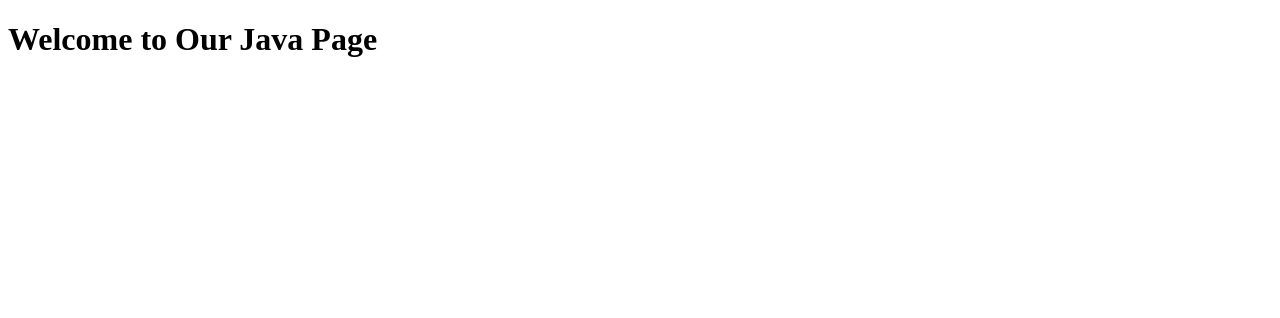
Repository: abhishekkumar013/Java-Code
Page: Login-Register/src/main/webapp/index.html
These files come from the project's save history. The page is drawn as it stood at one moment and after the next save; the edit follows.
The browser window is 1280 px wide. The pictures show the whole page.

Above is the page before, as saved 2024-07-05 01:41:15.

After the next save:
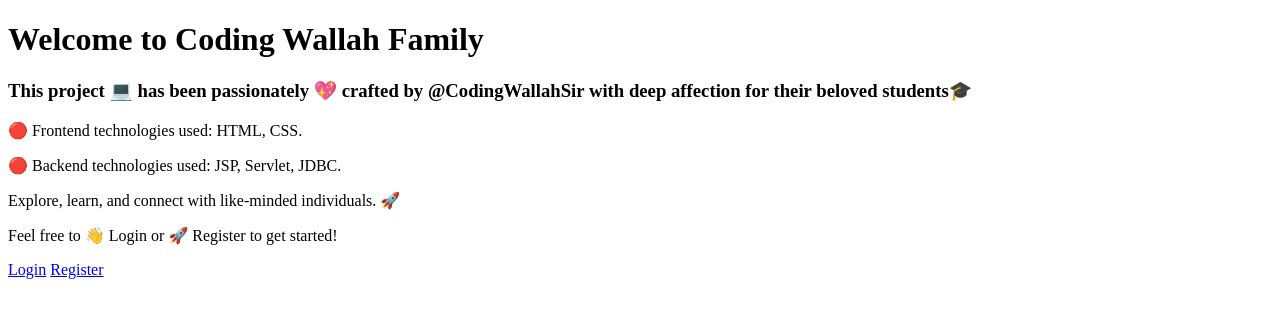
Saved 31 s later.
--- a/Login-Register/src/main/webapp/index.html
+++ b/Login-Register/src/main/webapp/index.html
@@ -5,6 +5,17 @@
 <title>Abhishek Kumar</title>
 </head>
 <body>
-<h1>Welcome to Our Java Page</h1>
+<div class="container">
+    <h1>Welcome to Coding Wallah Family</h1>
+    <h3>This project 💻 has been passionately 💖 crafted by @CodingWallahSir with deep affection for their beloved students🎓</h3>
+    <p>🔴 Frontend technologies used: HTML, CSS.</p>
+    <p>🔴 Backend technologies used: JSP, Servlet, JDBC.</p>
+    <p>Explore, learn, and connect with like-minded individuals. 🚀</p>
+    <p>Feel free to <span class="emoji">👋</span> Login or <span class="emoji">🚀</span> Register to get started!</p>
+    <div class="links">
+        <a href="login.jsp">Login</a>
+        <a href="register.jsp">Register</a>
+    </div>
+</div>
 </body>
 </html>
